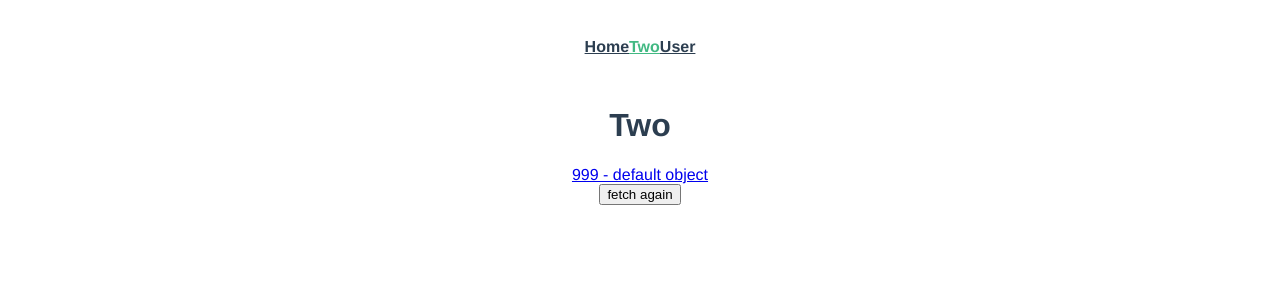
Repository: wolkenheim/vue2-typescript-rxjs-playground
Page: /two
These files come from the project's save history. The page is drawn as it stood at one moment and after the next save; the edit follows.
The browser window is 1280 px wide. The pictures show the whole page.
The project was rebuilt for these pictures with package versions that can differ from the ones it lists, and the page was loaded fresh each time. Requests to the local data server were answered from the project's data file. Also part of the build but not shown: src/components/BriefingList.vue, src/components/BriefingDetail.vue.

Above is the page before, as saved 2020-11-06 09:24:07.

### src/main.ts
import { testState } from './test-state'
import Vue from 'vue'
import App from './App.vue'
import router from './router'
import store from './store'

Vue.config.productionTip = false

testState.next(3);

new Vue({
  router,
  store,
  render: h => h(App)
}).$mount('#app')

### src/test-state.ts
import { BehaviorSubject } from "rxjs";

const testState: BehaviorSubject<number> = new BehaviorSubject(2)

export { testState }

### src/App.vue
<template>
  <div id="app">
    <div id="nav">
      <router-link to="/">Home</router-link>
      <router-link to="/two">Two</router-link>
      <router-link :to="{ name: 'BriefingDetail', params: { briefingId: 1 } }"
        >User</router-link
      >
    </div>
    <keep-alive>
      <router-view />
    </keep-alive>
  </div>
</template>

<style>
#app {
  font-family: Avenir, Helvetica, Arial, sans-serif;
  -webkit-font-smoothing: antialiased;
  -moz-osx-font-smoothing: grayscale;
  text-align: center;
  color: #2c3e50;
}

#nav {
  padding: 30px;
}

#nav a {
  font-weight: bold;
  color: #2c3e50;
}

#nav a.router-link-exact-active {
  color: #42b983;
}
</style>

### src/router/index.ts
import Vue from 'vue'
import VueRouter, { RouteConfig } from 'vue-router'
import BriefingList from '../components/BriefingList.vue';
import BriefingDetail from '../components/BriefingDetail.vue';
import BriefingListTwo from '../components/BriefingListTwo.vue';

Vue.use(VueRouter)

const routes: Array<RouteConfig> = [
  {
    path: '/',
    name: 'BriefingList',
    component: BriefingList
  },
  {
    path: '/two',
    name: 'BriefingListTwo',
    component: BriefingListTwo
  },
  {
    path: '/briefing/:briefingId',
    name: 'BriefingDetail',
    component: BriefingDetail,
    props(route) {
      return {
        briefingId: parseInt(route.params.briefingId as string)
      }
    }
  },
]

const router = new VueRouter({
  mode: 'history',
  base: process.env.BASE_URL,
  routes
})

export default router

### src/components/BriefingListTwo.vue
<template>
  <div class="briefing-list">
    <h1>Two</h1>

    <div v-for="(briefing, index) in briefingList" :key="index">
      <router-link
        :to="{ name: 'BriefingDetail', params: { briefingId: briefing.id } }"
      >
        {{ briefing.id }} - {{ briefing.name }}
      </router-link>
    </div>
    <div>
      <button @click="fetchAgain">fetch again</button>
    </div>
  </div>
</template>

<script lang="ts">
import { Subscription } from "rxjs";
import { Component, Prop, Vue } from "vue-property-decorator";

import { BriefingEntity } from "../briefing/briefing.entity";
import {
  briefingsService,
  briefingsServiceReactive,
} from "../services/briefings-service.module";

@Component
export default class BriefingListTwo extends Vue {
  briefingList: BriefingEntity[] = [];
  private briefingListHandle: Subscription = {} as Subscription;

  created(): void {
    this.fetchAllBriefingsReactive();
  }

  async fetchAgain() {
    briefingsServiceReactive.getBriefings();
  }

  fetchAllBriefingsReactive() {
    this.briefingListHandle = briefingsServiceReactive.state$.subscribe(
      (briefingList) => {
        console.log("Briefing Two got briefings", briefingList);
        this.briefingList = briefingList;
      }
    );

    //briefingsServiceReactive.getBriefings();
  }

  beforeDestroy() {
    this.briefingListHandle.unsubscribe();
  }
}
</script>

### src/services/briefings-service.module.ts
import { BriefingsService } from "./briefings-service";
import { BriefingsRepository } from "./briefings-repository";
import { BriefingsServiceReactive } from './briefings-service-reactive';

const briefingsRepository = new BriefingsRepository();
const briefingsService = new BriefingsService(briefingsRepository);

const briefingsServiceReactive = new BriefingsServiceReactive(briefingsRepository);

export { briefingsService, briefingsServiceReactive }

### src/services/briefings-service.ts
import { BriefingEntity } from "../briefing/briefing.entity";
import { BriefingsRepository } from './briefings-repository';

export class BriefingsService {

    constructor(private readonly briefingsRepository: BriefingsRepository) { }

    private briefingList: BriefingEntity[] = [];

    async getBriefings(): Promise<void> {
        try {
            const result = await this.briefingsRepository.getBriefings();

            if (result.data.length > 0) {
                this.briefingList = [];
                result.data.forEach((rawBriefingEntity: BriefingEntity): void => {
                    this.briefingList.push(rawBriefingEntity);
                })
            }
        } catch (error) {
            console.log(error);
        }

    }

    async getBriefingById(id: number): Promise<BriefingEntity> {
        const result = await this.briefingsRepository.getBriefingById(id);
        return result.data;
    }

    getBriefingList(): BriefingEntity[] {
        return this.briefingList;
    }
}

### src/services/briefings-repository.ts
import { BriefingEntity } from '@/briefing/briefing.entity';
import axios from 'axios';

export class BriefingsRepository {

    getBriefings() {
        return axios.get<BriefingEntity[]>("http://localhost:3022/briefings");
    }

    getBriefingById(id: number) {
        return axios.get<BriefingEntity>("http://localhost:3022/briefings/" + id);
    }
}

### src/services/briefings-service-reactive.ts
import { Observable, Subject, BehaviorSubject } from 'rxjs';
import { BriefingEntity } from "../briefing/briefing.entity";
import { BriefingsRepository } from './briefings-repository';


export class BriefingsServiceReactive {



    state$: Observable<BriefingEntity[]>;
    private _state$: BehaviorSubject<BriefingEntity[]>;
    //private _state$: Subject<BriefingEntity[]>;


    constructor(private readonly briefingsRepository: BriefingsRepository) {
        this._state$ = new BehaviorSubject([{ id: 999, name: "default object" } as BriefingEntity])
        //this._state$ = new Subject();
        this.state$ = this._state$.asObservable();
    }

    /*
        get state(): BriefingEntity[] {
            return this._state$
        }
        */
    setState(nextState: BriefingEntity[]): void {
        this._state$.next(nextState);
    }


    async getBriefings(): Promise<void> {
        try {
            const result = await this.briefingsRepository.getBriefings();

            if (result.data.length > 0) {
                this.setState(result.data);

            }
        } catch (error) {
            console.log(error);
        }

    }


    async getBriefingById(id: number): Promise<BriefingEntity> {
        const result = await this.briefingsRepository.getBriefingById(id);
        return result.data;
    }

    /*
    getBriefingList(): BriefingEntity[] {
        return this.briefingList;
    }
    */
}

### db.json
{
    "briefings": [
        {
            "id": 1,
            "name": "product one"
        },
        {
            "id": 2,
            "name": "product two"
        },
        {
            "id": 3,
            "name": "product three"
        }
    ],
    "user": [
        {
            "name": "hello"
        }
    ]
}

Loaded but not shown: public/index.html (common file); src/store/index.ts (common file)

After the next save:
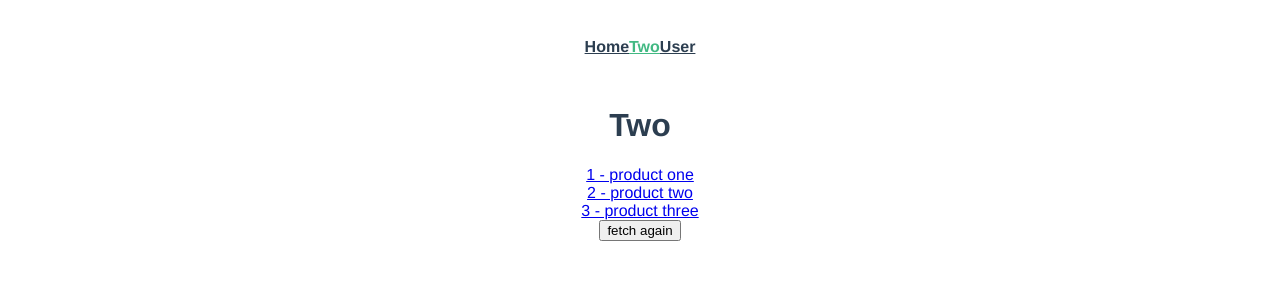
Saved 64 s later.
--- a/src/components/BriefingListTwo.vue
+++ b/src/components/BriefingListTwo.vue
@@ -25,6 +25,8 @@ import {
   briefingsServiceReactive,
 } from "../services/briefings-service.module";
 
+import { testState } from "../test-state";
+
 @Component
 export default class BriefingListTwo extends Vue {
   briefingList: BriefingEntity[] = [];
@@ -32,6 +34,13 @@ export default class BriefingListTwo extends Vue {
 
   created(): void {
     this.fetchAllBriefingsReactive();
+    this.subTestState();
+  }
+
+  subTestState() {
+    testState.subscribe((state) => {
+      console.log("state in component", state);
+    });
   }
 
   async fetchAgain() {
@@ -46,7 +55,7 @@ export default class BriefingListTwo extends Vue {
       }
     );
 
-    //briefingsServiceReactive.getBriefings();
+    briefingsServiceReactive.getBriefings();
   }
 
   beforeDestroy() {
